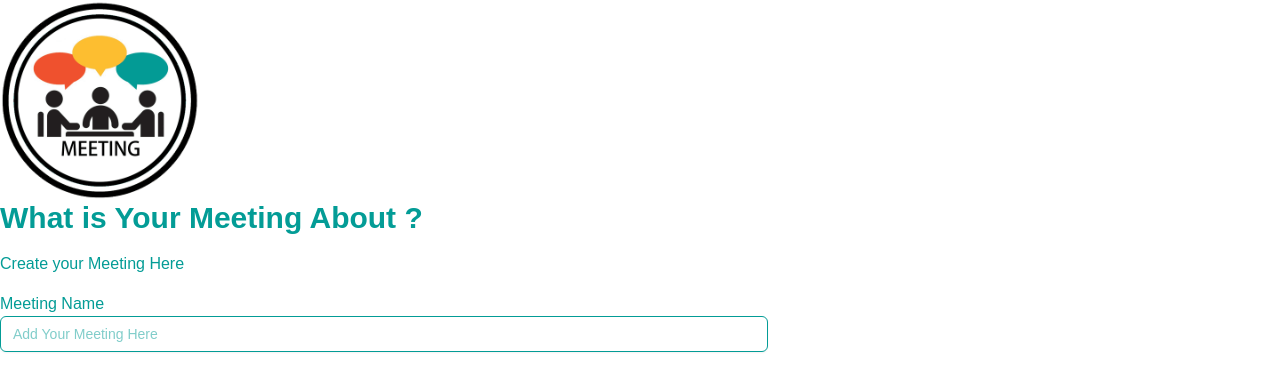
Repository: walaa-horani/scheduleMeetingNextjs
Page: /create-meeting
The author's editor kept a copy of each file at every save. The page is drawn from the files as they stood at one save, then again after the next save.
The browser window is 1280 px wide. The pictures show the whole page.
The project was rebuilt for these pictures with package versions that can differ from the ones it lists, and the page was loaded fresh each time. The framework's server and built-in components were replaced by stand-ins that run in the browser. Also part of the build but not shown: next.config.mjs.

Above is the page before, as saved 2025-05-24 10:59:03.

### app/layout.js
import { Inter, JetBrains_Mono } from "next/font/google";
import "./globals.css";

const inter = Inter({
  variable: "--font-sans",
  subsets: ["latin"],
});

const jetbrains = JetBrains_Mono({
  variable: "--font-mono",
  subsets: ["latin"],
});
export const metadata = {
  title: "Create Next App",
  description: "Generated by create next app",
};

export default function RootLayout({ children }) {
  return (
    <html lang="en">
      <body
        className={`${inter.variable} ${inter.variable} antialiased`}
      >
        {children}
      </body>
    </html>
  );
}

### app/(routes)/create-meeting/page.js
import { Input } from '@/components/ui/input'
import React from 'react'
import Image from 'next/image'
function CreateMeeting() {
  return (
    <div>
        <Image width={200} height={200} src="/logo.png" />
        <div className='flex flex-col items center gap-4 max-w-3xl text-[#039C96]'>
            <h2 className='font-bold text-3xl'>What is Your Meeting About ?</h2>
            <p>Create your Meeting Here</p>

        <div>
            <label>Meeting Name</label>
            <Input placeholder="Add Your Meeting Here"/>
        </div>

        </div>
    </div>
  )
}

export default CreateMeeting

### components/ui/input.jsx
import * as React from "react"

import { cn } from "@/lib/utils"

function Input({
  className,
  type,
  ...props
}) {
  return (
    <input
      type={type}
      data-slot="input"
      className={cn(
        "file:text-foreground placeholder:text-muted-foreground selection:bg-primary selection:text-primary-foreground dark:bg-input/30 border-input flex h-9 w-full min-w-0 rounded-md border bg-transparent px-3 py-1 text-base shadow-xs transition-[color,box-shadow] outline-none file:inline-flex file:h-7 file:border-0 file:bg-transparent file:text-sm file:font-medium disabled:pointer-events-none disabled:cursor-not-allowed disabled:opacity-50 md:text-sm",
        "focus-visible:border-ring focus-visible:ring-ring/50 focus-visible:ring-[3px]",
        "aria-invalid:ring-destructive/20 dark:aria-invalid:ring-destructive/40 aria-invalid:border-destructive",
        className
      )}
      {...props} />
  );
}

export { Input }

Loaded but not shown: app/globals.css (common file); lib/utils.js (common file)

After the next save:
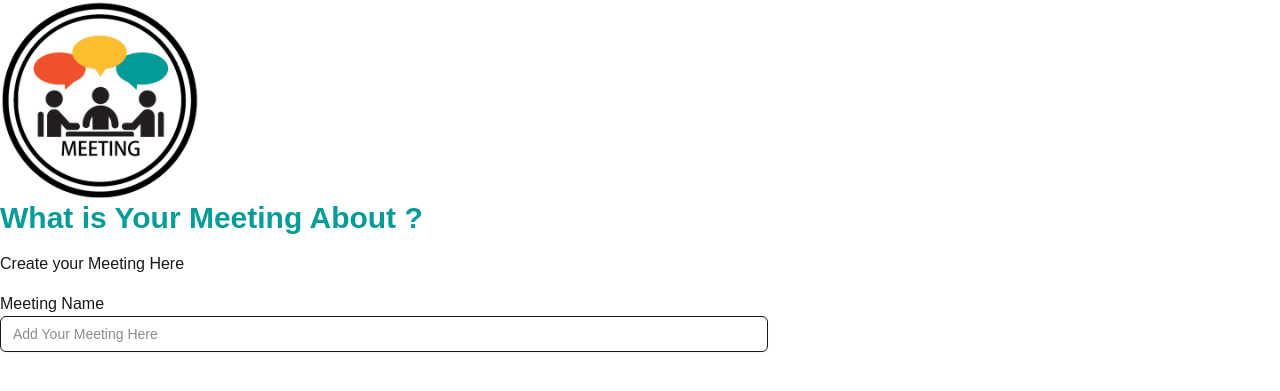
Saved 11 s later.
--- a/app/(routes)/create-meeting/page.js
+++ b/app/(routes)/create-meeting/page.js
@@ -5,8 +5,8 @@
   return (
     <div>
         <Image width={200} height={200} src="/logo.png" />
-        <div className='flex flex-col items center gap-4 max-w-3xl text-[#039C96]'>
-            <h2 className='font-bold text-3xl'>What is Your Meeting About ?</h2>
+        <div className='flex flex-col items center gap-4 max-w-3xl '>
+            <h2 className='font-bold text-3xl text-[#039C96]'>What is Your Meeting About ?</h2>
             <p>Create your Meeting Here</p>
 
         <div>
